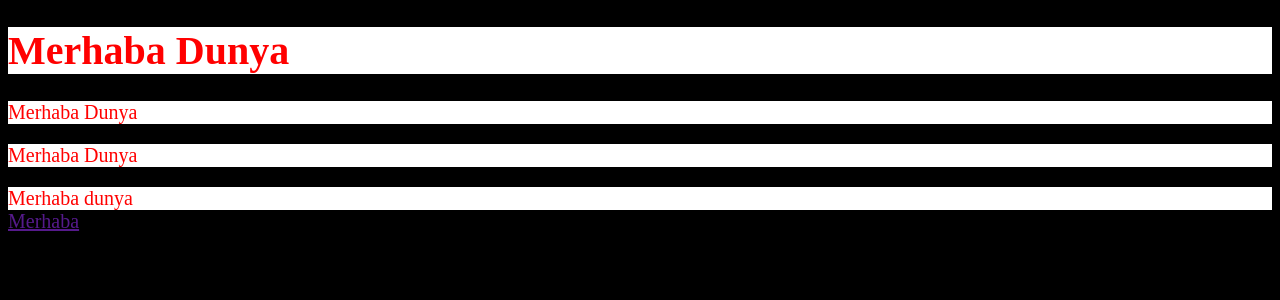
Repository: Kubraaygun/Html_Css_Login
Page: index.html
The author's editor kept a copy of each file at every save. The page is drawn from the files as they stood at one save, then again after the next save.
The browser window is 1280 px wide. The pictures show the whole page.

Above is the page before, as saved 2025-03-04 15:56:35.

### index.html
<!DOCTYPE html>
<html lang="en">
  <head>
    <meta charset="UTF-8" />
    <meta name="viewport" content="width=device-width, initial-scale=1.0" />
    <title>HTML</title>

    <style>
      body {
        font-size: 20px;
        color: red;
        background-color: black;
      }
      .p1 {
        background-color: white;
      }
    </style>
  </head>

  <body>
    <!-- Block Elementler -->
    <h1 class="p1">Merhaba Dunya</h1>
    <p class="p1">Merhaba Dunya</p>
    <p class="p1">Merhaba Dunya</p>
    <div class="p1">Merhaba dunya</div>

    <!-- Inline Elementler -->
    <a href="">Merhaba</a>
  </body>
</html>

After the next save:
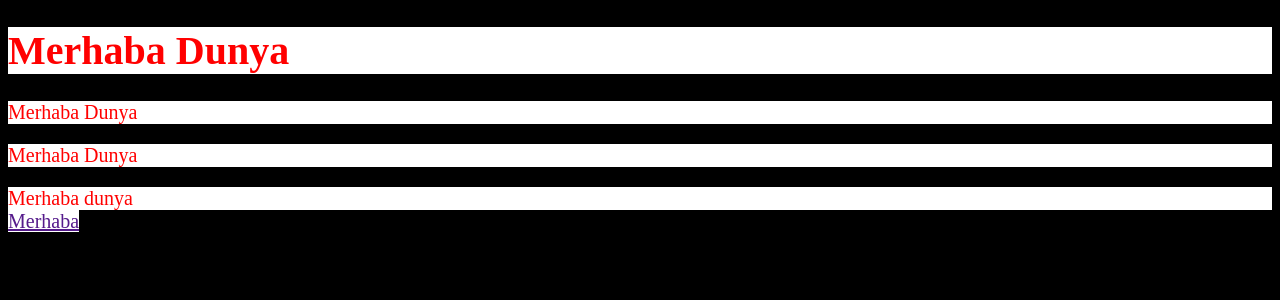
Saved 9 s later.
--- a/index.html
+++ b/index.html
@@ -25,6 +25,6 @@
     <div class="p1">Merhaba dunya</div>
 
     <!-- Inline Elementler -->
-    <a href="">Merhaba</a>
+    <a class="p1" href="">Merhaba</a>
   </body>
 </html>
